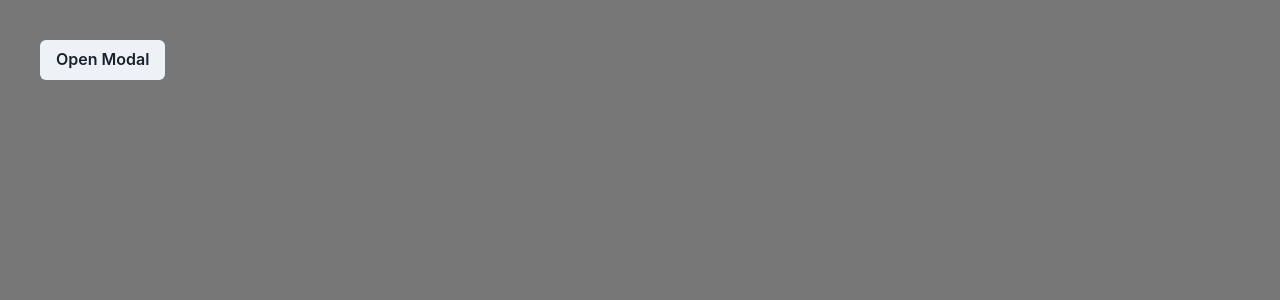
Repository: jorgelucasjs/chakra-ui-doc
Page: /
The author's editor kept a copy of each file at every save. The page is drawn from the files as they stood at one save, then again after a run of saves.
The browser window is 1280 px wide. The pictures show the whole page.
The project was rebuilt for these pictures with package versions that can differ from the ones it lists, and the page was loaded fresh each time.

Above is the page before, as saved 2023-01-06 11:31:10.

### public/index.html
<!DOCTYPE html>
<html lang="en">
  <head>
    <meta charset="utf-8" />
   <!--  <link rel="icon" href="%PUBLIC_URL%/logo.jpg" /> -->
    <meta name="viewport" content="width=device-width, initial-scale=1" />
    <meta name="theme-color" content="#000000" />
    <meta
      name="description"
      content="Web site created using create-react-app"
    />
    <!-- <link rel="apple-touch-icon" href="%PUBLIC_URL%/logo.jpg" /> -->
    <!--
      manifest.json provides metadata used when your web app is installed on a
      user's mobile device or desktop. See https://developers.google.com/web/fundamentals/web-app-manifest/
    -->
    <link rel="manifest" href="%PUBLIC_URL%/manifest.json" />
    <!--
      Notice the use of %PUBLIC_URL% in the tags above.
      It will be replaced with the URL of the `public` folder during the build.
      Only files inside the `public` folder can be referenced from the HTML.

      Unlike "/favicon.ico" or "favicon.ico", "%PUBLIC_URL%/favicon.ico" will
      work correctly both with client-side routing and a non-root public URL.
      Learn how to configure a non-root public URL by running `npm run build`.
    -->
    <title>Chackra ui</title>
  </head>
  <body>
    <noscript>You need to enable JavaScript to run this app.</noscript>
    <div id="root"></div>
    <!--
      This HTML file is a template.
      If you open it directly in the browser, you will see an empty page.

      You can add webfonts, meta tags, or analytics to this file.
      The build step will place the bundled scripts into the <body> tag.

      To begin the development, run `npm start` or `yarn start`.
      To create a production bundle, use `npm run build` or `yarn build`.
    -->
  </body>
</html>

### src/index.tsx
import React from 'react';
import ReactDOM from 'react-dom/client';
import App from './App';
import reportWebVitals from './reportWebVitals';

const root = ReactDOM.createRoot(
  document.getElementById('root') as HTMLElement
);


root.render(

	<React.StrictMode>
		<App />
	</React.StrictMode>

);

reportWebVitals();

### src/App.tsx
import * as React from 'react';
import PagesRouter from './routes';
import { extendTheme, ChakraProvider, ColorModeScript } from '@chakra-ui/react';
import theme from './theme/theme';

export default function App(): JSX.Element {

	return (
		<ChakraProvider theme={theme}>
			<ColorModeScript initialColorMode={theme.config.initialColorMode} />
			<PagesRouter />
		</ChakraProvider>
	);
}

### src/routes/index.tsx
import React from 'react';
import { BrowserRouter, Route, Routes } from 'react-router-dom';
import Home from '../pages';
import GlobalStyle from './../style/Global';
export default function PagesRouter(): JSX.Element {
	return (

		<BrowserRouter>
			<GlobalStyle />

			<Routes>

				<Route
					path='/'
					element={<Home />}
				/>
			</Routes>
		</BrowserRouter>

	);
}

### src/theme/theme.ts
import { extendTheme, ThemeConfig } from '@chakra-ui/react';

const config: ThemeConfig = {
	initialColorMode: 'light',
	useSystemColorMode: false,
};

const colors = {
	brand: {
		900: '#1a365d',
		800: '#153e75',
		700: '#2a69ac',
	},
};

const theme = extendTheme({ config, colors });

export default theme;

### src/pages/index.tsx
import React from 'react';
import { Box, Container, Text, Flex, Grid, Button, SimpleGrid, Wrap, WrapItem } from '@chakra-ui/react';
import Gradient from '../components/Gradient';
import ColorMode from '../components/ColorMode';
import ModalComponent from '../components/ModalComponent';
import TabsComponents from '../components/TabsComponents';
import { CircularProgress, CircularProgressLabel } from '@chakra-ui/react';
import SkeletonComponents from '../components/SkeletonComponents';
import { Avatar, AvatarBadge, AvatarGroup } from '@chakra-ui/react';
import FormControl from '../components/FormControl';

export default function index(): JSX.Element {

	return (
		<Box p={10} h={'100vh'} bg='#777'>
			{/* <Gradient /> */}
			{/* <ColorMode /> */}
			{/* <ModalComponent /> */}

			{/* <TabsComponents /> */}
			{/* <SkeletonComponents /> */}

			{/* <Wrap>
				<WrapItem>
					<Avatar name='Dan Abrahmov' src='https://bit.ly/dan-abramov' />
				</WrapItem>
				<WrapItem>
					<Avatar name='Kola Tioluwani' src='https://bit.ly/tioluwani-kolawole' />
				</WrapItem>
				<WrapItem>
					<Avatar name='Kent Dodds' src='https://bit.ly/kent-c-dodds' />
				</WrapItem>
				<WrapItem>
					<Avatar name='Ryan Florence' src='https://bit.ly/ryan-florence' />
				</WrapItem>
				<WrapItem>
					<Avatar name='Prosper Otemuyiwa' src='https://bit.ly/prosper-baba' />
				</WrapItem>
				<WrapItem>
					<Avatar name='Christian Nwamba' src='https://bit.ly/code-beast' />
				</WrapItem>
				<WrapItem>
					<Avatar name='Segun Adebayo' src='https://bit.ly/sage-adebayo' />
				</WrapItem>
			</Wrap>

			<Wrap>
				<WrapItem>
					<Avatar size='2xs' name='Dan Abrahmov' src='https://bit.ly/dan-abramov' />
				</WrapItem>
				<WrapItem>
					<Avatar
						size='xs'
						name='Kola Tioluwani'
						src='https://bit.ly/tioluwani-kolawole'
					/>{' '}
				</WrapItem>
				<WrapItem>
					<Avatar size='sm' name='Kent Dodds' src='https://bit.ly/kent-c-dodds' />{' '}
				</WrapItem>
				<WrapItem>
					<Avatar size='md' name='Ryan Florence' src='https://bit.ly/ryan-florence' />{' '}
				</WrapItem>
				<WrapItem>
					<Avatar
						size='lg'
						name='Prosper Otemuyiwa'
						src='https://bit.ly/prosper-baba'
					/>{' '}
				</WrapItem>
				<WrapItem>
					<Avatar size='xl' name='Christian Nwamba' src='https://bit.ly/code-beast' />{' '}
				</WrapItem>
				<WrapItem>
					<Avatar size='2xl' name='Segun Adebayo' src='https://bit.ly/sage-adebayo' />{' '}
				</WrapItem>
			</Wrap> */}
			<FormControl />
		</Box>
	);
}

### src/style/Global.ts
import { createGlobalStyle } from 'styled-components';

export default createGlobalStyle`
  * {
	  margin: 0;
	  padding: 0;
	  box-sizing: border-box;
	}

  body {
	  width: 100vw;
	  background:#fefefe;
  }

  body,
  input,
  textarea,
  button {
	font: 400 1rem Inter, sans-serif;
  }

  h1 {
	font-size: 2.5rem;
	font: 700;
	font-family: 'Work Sans', sans-serif;
  }

  h2 {
	font-size: 1.5rem;
  }

  button {
	cursor: pointer;
  }

  h1,
  h2,
  h3,
  h4,
  h5,
  h6 {
	font-weight: 600;
	font-family: Lexend, sans-serif;
  }

  input {
	outline: none;
  }
  a{
	text-decoration:none;
	color:#fff;
  }
  .modalContent,
  .secondModal {
	>img {
	  width: 15rem;
	  margin: 15px auto;
	  display: flex;
	  justify-content: center;
	  align-self: center;
	}
	> form {
	  margin: 20px 0;
	  width: 100%;
	  text-align: center;

	> label {
	  display: flex;
	  align-items: flex-start;
	  margin: 15px 0;
	  color: #1c1c1c;
	}

	>button {
	  margin-top: 25px;
	}
  }
}


.secondModal {
  >h1 {
	text-align: center;
	margin: 4rem 0 0 0;
  }

  >span {
	display: block;
	text-align: center;
	color: #1c1c1c;
	font-size: 15px;
	margin: 20px 0;
  }
}



`;

### src/components/FormControl.tsx
import React from 'react';
import {
	FormControl,
	FormLabel,
	FormErrorMessage,
	FormHelperText,
	Input,
	RadioGroup,
	HStack,
	Radio,
	Stack,
	useDisclosure,
	Button,
	Modal,
	ModalOverlay,
	ModalContent,
	ModalHeader,
	ModalCloseButton,
	ModalBody,
	Text,
	ModalFooter
} from '@chakra-ui/react';

export default function FormControlModal(): JSX.Element {
	const { isOpen, onOpen, onClose } = useDisclosure();

	return (
		<div>
			<>
				<Button onClick={onOpen}>Open Modal</Button>
				<Modal isOpen={isOpen} onClose={onClose}>
					<ModalOverlay />
					<ModalContent>
						<ModalHeader>Modal Title</ModalHeader>
						<ModalCloseButton />
						<ModalBody>
							<FormControl as='fieldset'>
								<Stack spacing={3}>
									<Input placeholder='extra small size' size='xs' />
									<Input placeholder='small size' size='sm' />
									<Input placeholder='medium size' size='md' />
									<Input placeholder='large size' size='lg' />
								</Stack>
							</FormControl>
						</ModalBody>
						<ModalFooter>
							<Button colorScheme='blue' mr={3} onClick={onClose}>
								Close
							</Button>

						</ModalFooter>
					</ModalContent>
				</Modal>
			</>
		</div>
	);
}

Loaded but not shown: src/reportWebVitals.ts (common file)

After the next 4 saves:
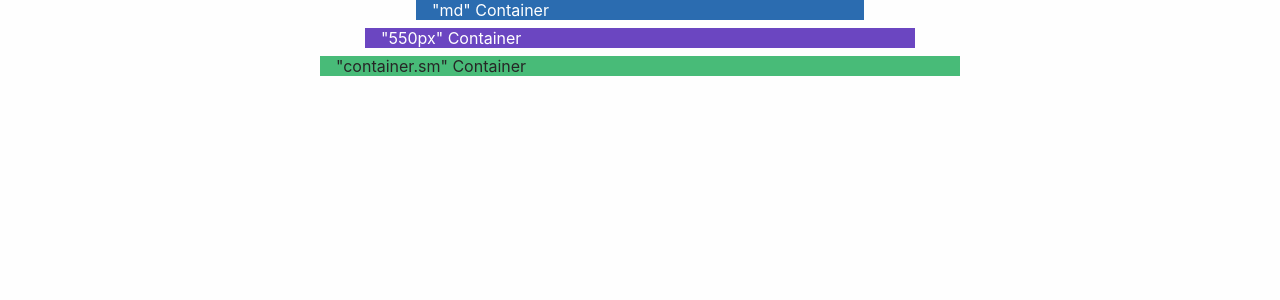
The 4 saves are shown as one change because 1 did not build or start and some came seconds apart.
The last was saved 18 min 7 s later.
--- a/src/pages/index.tsx
+++ b/src/pages/index.tsx
@@ -1,5 +1,5 @@
 import React from 'react';
-import { Box, Container, Text, Flex, Grid, Button, SimpleGrid, Wrap, WrapItem } from '@chakra-ui/react';
+import { Box, Container, Text, Flex, Grid, Button, SimpleGrid, Wrap, WrapItem, VStack } from '@chakra-ui/react';
 import Gradient from '../components/Gradient';
 import ColorMode from '../components/ColorMode';
 import ModalComponent from '../components/ModalComponent';
@@ -12,70 +12,16 @@
 export default function index(): JSX.Element {
 
 	return (
-		<Box p={10} h={'100vh'} bg='#777'>
-			{/* <Gradient /> */}
-			{/* <ColorMode /> */}
-			{/* <ModalComponent /> */}
-
-			{/* <TabsComponents /> */}
-			{/* <SkeletonComponents /> */}
-
-			{/* <Wrap>
-				<WrapItem>
-					<Avatar name='Dan Abrahmov' src='https://bit.ly/dan-abramov' />
-				</WrapItem>
-				<WrapItem>
-					<Avatar name='Kola Tioluwani' src='https://bit.ly/tioluwani-kolawole' />
-				</WrapItem>
-				<WrapItem>
-					<Avatar name='Kent Dodds' src='https://bit.ly/kent-c-dodds' />
-				</WrapItem>
-				<WrapItem>
-					<Avatar name='Ryan Florence' src='https://bit.ly/ryan-florence' />
-				</WrapItem>
-				<WrapItem>
-					<Avatar name='Prosper Otemuyiwa' src='https://bit.ly/prosper-baba' />
-				</WrapItem>
-				<WrapItem>
-					<Avatar name='Christian Nwamba' src='https://bit.ly/code-beast' />
-				</WrapItem>
-				<WrapItem>
-					<Avatar name='Segun Adebayo' src='https://bit.ly/sage-adebayo' />
-				</WrapItem>
-			</Wrap>
-
-			<Wrap>
-				<WrapItem>
-					<Avatar size='2xs' name='Dan Abrahmov' src='https://bit.ly/dan-abramov' />
-				</WrapItem>
-				<WrapItem>
-					<Avatar
-						size='xs'
-						name='Kola Tioluwani'
-						src='https://bit.ly/tioluwani-kolawole'
-					/>{' '}
-				</WrapItem>
-				<WrapItem>
-					<Avatar size='sm' name='Kent Dodds' src='https://bit.ly/kent-c-dodds' />{' '}
-				</WrapItem>
-				<WrapItem>
-					<Avatar size='md' name='Ryan Florence' src='https://bit.ly/ryan-florence' />{' '}
-				</WrapItem>
-				<WrapItem>
-					<Avatar
-						size='lg'
-						name='Prosper Otemuyiwa'
-						src='https://bit.ly/prosper-baba'
-					/>{' '}
-				</WrapItem>
-				<WrapItem>
-					<Avatar size='xl' name='Christian Nwamba' src='https://bit.ly/code-beast' />{' '}
-				</WrapItem>
-				<WrapItem>
-					<Avatar size='2xl' name='Segun Adebayo' src='https://bit.ly/sage-adebayo' />{' '}
-				</WrapItem>
-			</Wrap> */}
-			<FormControl />
-		</Box>
+		<VStack>
+			<Container maxW='md' bg='blue.600' color='white'>
+				"md" Container
+			</Container>
+			<Container maxW='550px' bg='purple.600' color='white'>
+				"550px" Container
+			</Container>
+			<Container maxW='container.sm' bg='green.400' color='#262626'>
+				"container.sm" Container
+			</Container>
+		</VStack>
 	);
 }
